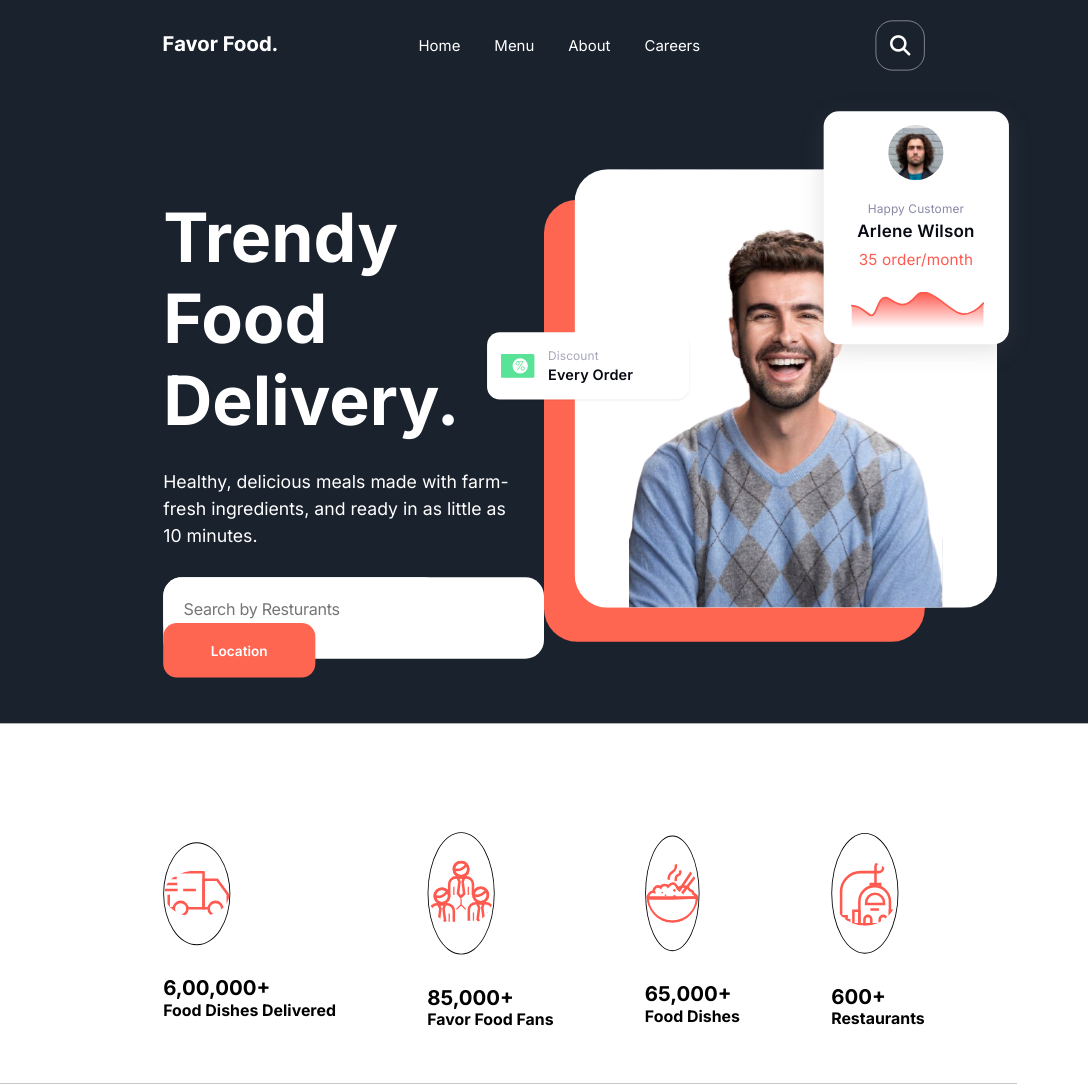
Repository: badhon252/favor-food
Page: index.html
These files come from the project's save history. The page is drawn as it stood at one moment and after the next save; the edit follows.
The browser window is 1280 px wide. The pictures show the whole page, at 85% of full size.
The style sheet was rebuilt from its Sass, Less or Tailwind sources for each picture, by a compiler version that may differ from the author's.

Above is the page before, as saved 2022-09-12 17:25:46.

After the next save:
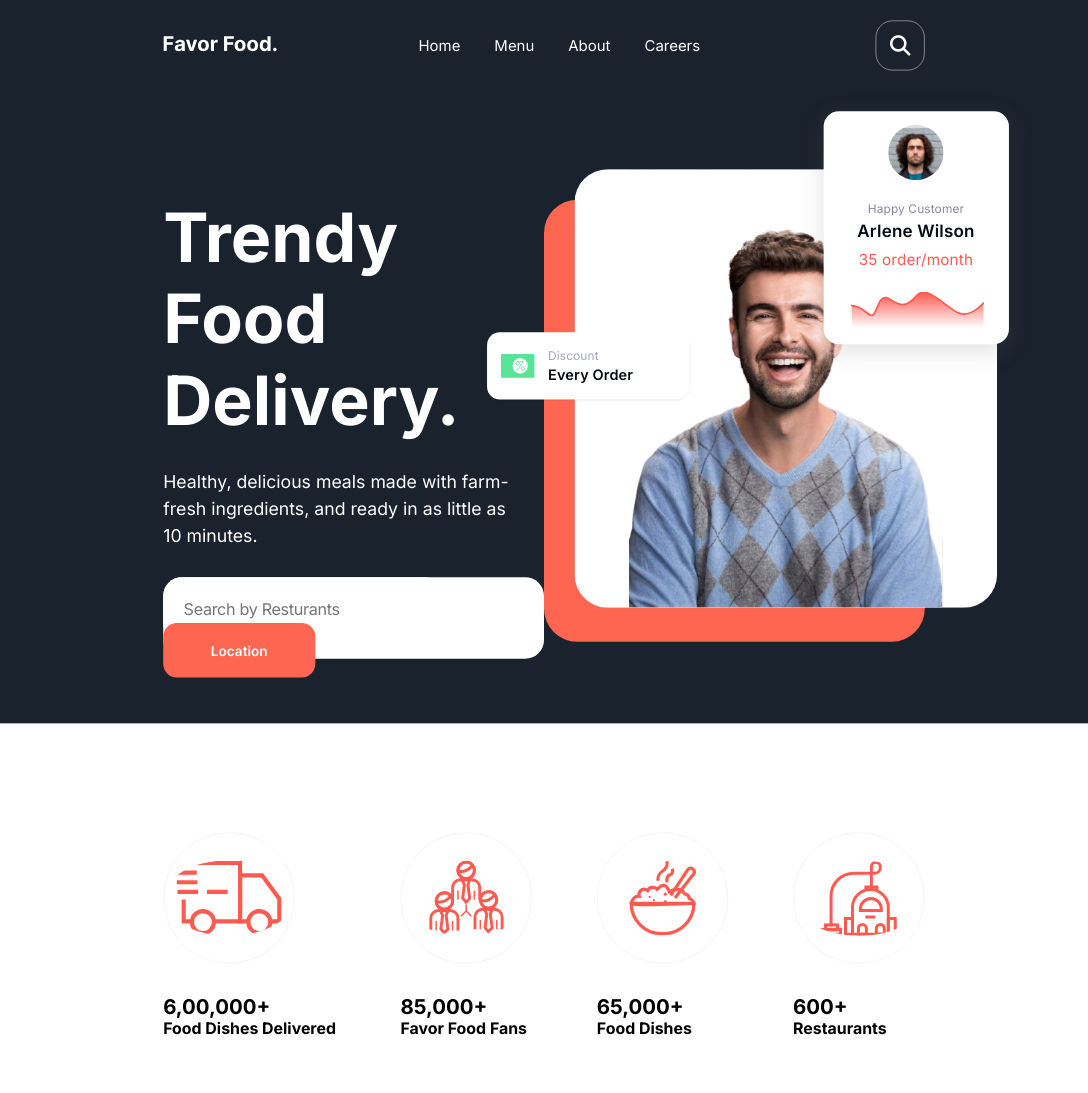
Saved 38 s later.
--- a/scss/style.scss
+++ b/scss/style.scss
@@ -240,5 +240,12 @@ header {
   img {
     border: 1px solid black;
     border-radius: 50%;
-  }
-}
+    width: 155px;
+    height: 155px;
+    left: 497px;
+    top: 950px;
+
+    background: #ffffff;
+    border: 1px solid #f3f3f3;
+  }
+}
